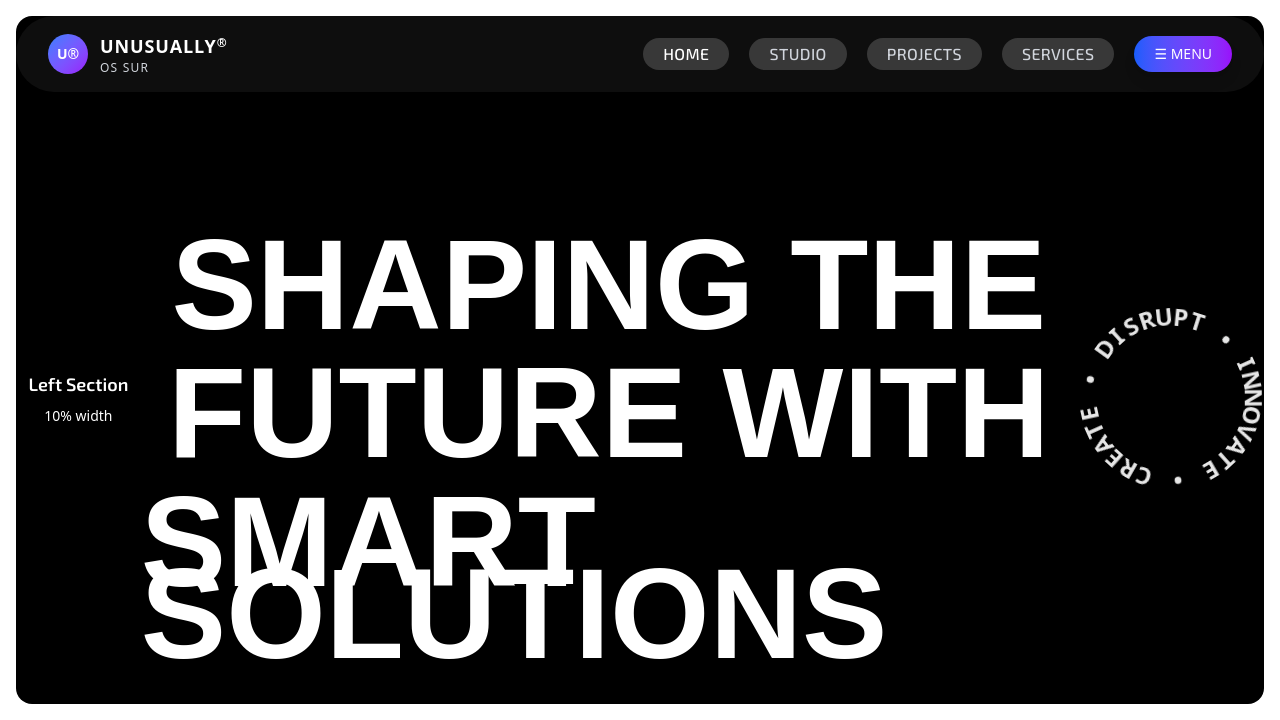
Repository: A-y-u-s-h-29/Digital-Express-India-With-Carrer-Page-And-RazorPay
Page: / (app in op/)
An editor plug-in stored every save of this project. The page is shown before and after the next save, followed by the edit.
The browser window is 1280 px wide. The pictures show the whole page.
Some web fonts or font styles are not loaded; a fallback is used. The project was rebuilt for these pictures with package versions that can differ from the ones it lists, and the page was loaded fresh each time. Also part of the build but not shown: op/vite.config.js.

Above is the page before, as saved 2025-12-04 15:17:58.

After the next save:
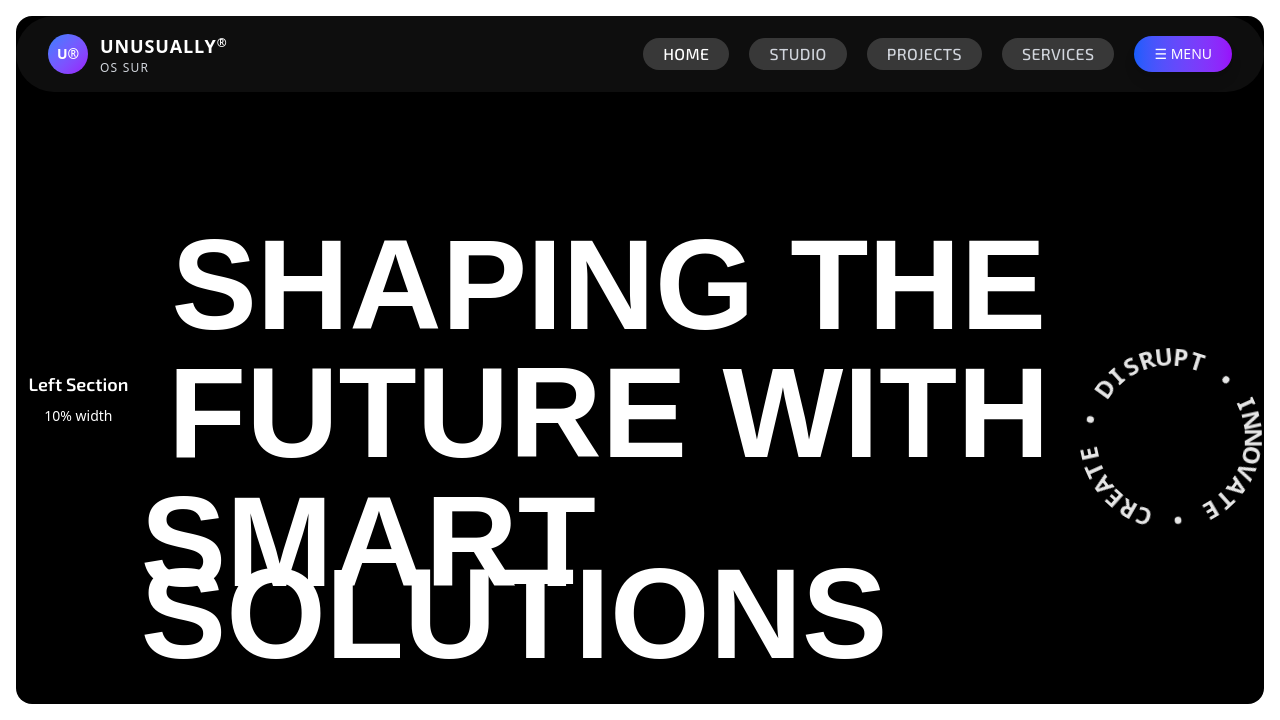
Saved 7 s later.
--- a/op/src/components/Home.jsx
+++ b/op/src/components/Home.jsx
@@ -56,7 +56,7 @@ function Home() {
                 text="INNOVATE • CREATE • DISRUPT • "
                 spinDuration={30}
                 onHover="speedUp"
-                className="text-white/90 text-sm flex items-end"
+                className="text-white/90 text-sm mt-20"
               />
 
 
